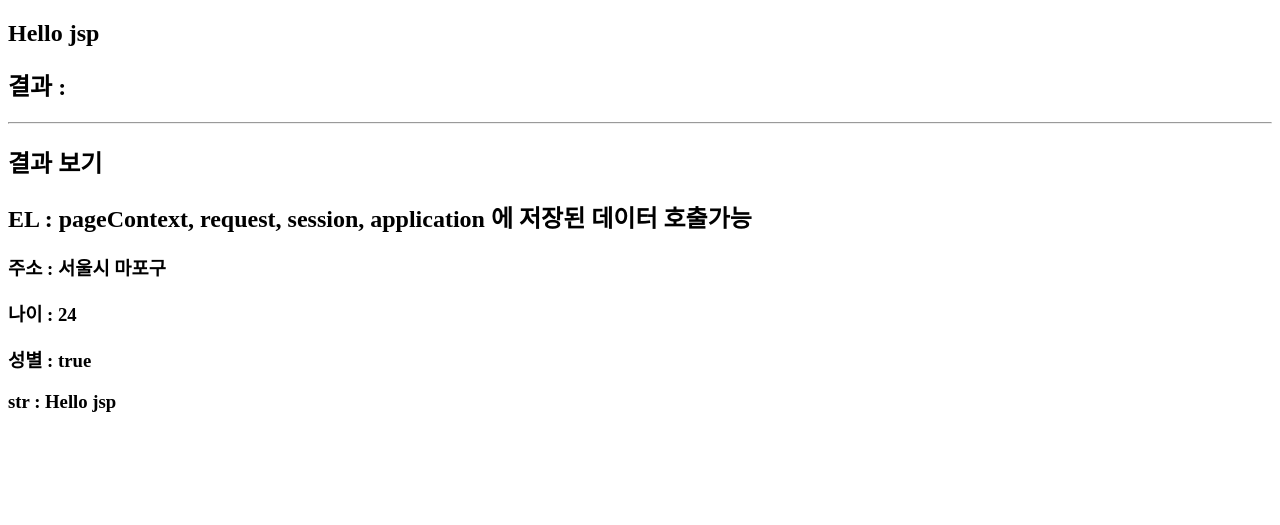
Repository: hagjun/jspstudy
Page: http://localhost/01_servlet/jsp/ex05_pageContext.jsp
These files come from the project's save history. The page is drawn as it stood at one moment and after the next save; the edit follows.
The browser window is 1280 px wide. The pictures show the whole page.
The page is served by Tomcat 9. Other server files are loaded and not shown.

Above is the page before, as saved 2024-03-06 07:53:54.

### 01_servlet/src/main/webapp/jsp/ex05_pageContext.jsp
<%@ page language="java" contentType="text/html; charset=UTF-8"
    pageEncoding="UTF-8"%>
<!DOCTYPE html>
<html>
<head>
<meta charset="UTF-8">
<title>내장객체 : pageContext</title>
</head>
<body>
<%--
	pageContext 객체는 JSP 기본 내장 객체 이다.
	JSP 페이지에서 1:1 로 연결된 객체 JSP 페이지당 하의 pageContext 객체가 생성
	같은 페이지에서 서로 값을 공유할 수 있으며 다른 기본내장객체를 구하거나 페이지의 흐름을 제어한다.
	1. 데이터 저장 : pageContext.setAttribute("이름", 객체);
	   데이터 호출 : pageContext.getAttribute("이름") => EL 사용가능 ${이름}
	   생명주기   : 해당 페이지를 벗어나면 저장 정보도 사라진다.

	   ** 속성을 이용해서 데이터를 저장 및 호출하는 내장 객체들
	     우선순위 : pageContext > request > session > application
	     생명주기 : *pageContext < **request < *session < application
	     - pageContext : 현재 페이지를 벗어나면 정보도 사라진다.
	     - request     : response 가 되면 정보도 사라진다.
	     - session     : 해당 브라우저가 종료되면 정보도 사라진다.
	                    (예외적으로 시간을 지정할 수 있다. => 팝업에서 일주일간 안보기 , 일정시간지나면 로그아웃)
	                     보통 로그인 처리할 때 사용
	     - application : 해당 프로젝트가 종료 될때 정보가 사라진다.
	                     전역적으로 사용하던가 환경정보 등을 가지고 있다.
--%>
		<%! String str = "Hello jsp"; %>
	<h2><%= str %></h2>
	<h2>결과 :  ${str }</h2>
	<hr>

    <%
    	// 데이터 저장
    	pageContext.setAttribute("addr", "서울시 마포구");
    	pageContext.setAttribute("age", 24);
    	pageContext.setAttribute("gender", true);
    	pageContext.setAttribute("str", "Hello jsp");
    %>
	<h2>결과 보기</h2>
	<h2>EL : pageContext, request, session, application 에 저장된 데이터 호출가능</h2>
	<h3>주소 : ${addr }</h3>
	<h3>나이 : ${age }</h3>
	<h3>성별 : ${gender }</h3>
	<h3>str : ${str}</h3>
</body>
</html>

After the next save:
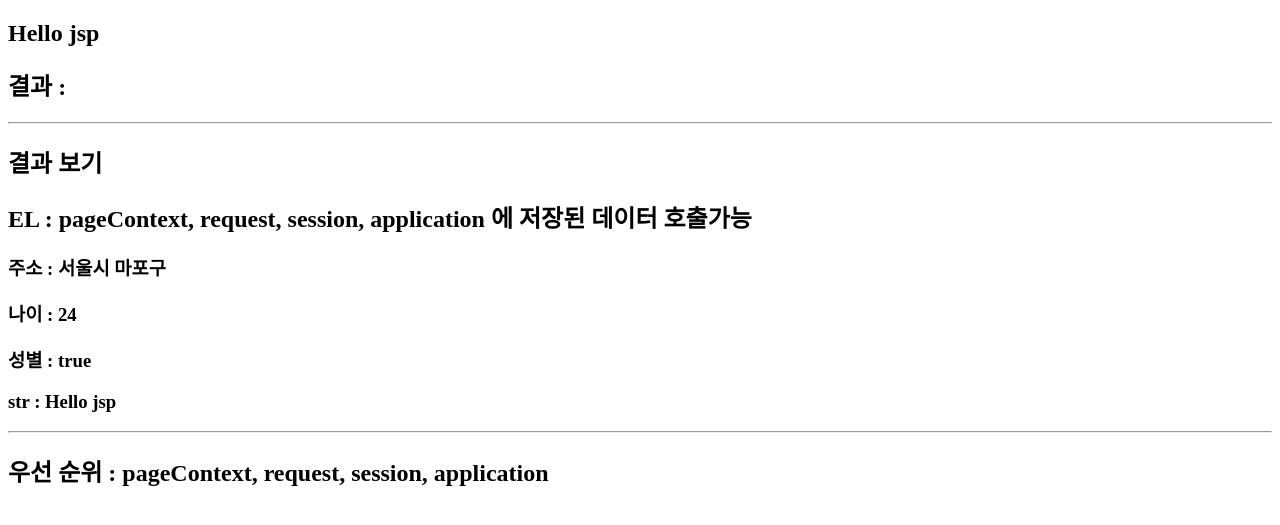
Saved 2 min 47 s later.
--- a/01_servlet/src/main/webapp/jsp/ex05_pageContext.jsp
+++ b/01_servlet/src/main/webapp/jsp/ex05_pageContext.jsp
@@ -44,5 +44,15 @@
 	<h3>나이 : ${age }</h3>
 	<h3>성별 : ${gender }</h3>
 	<h3>str : ${str}</h3>
+	<hr>
+
+	<h2>우선 순위 : pageContext, request, session, application</h2>
+	<%
+		pageContext.setAttribute("name", "둘리");
+		request.setAttribute("name", "둘리");
+		session.setAttribute("name", "둘리");
+		application.setAttribute("name", "둘리");
+	%>
+
 </body>
 </html>
